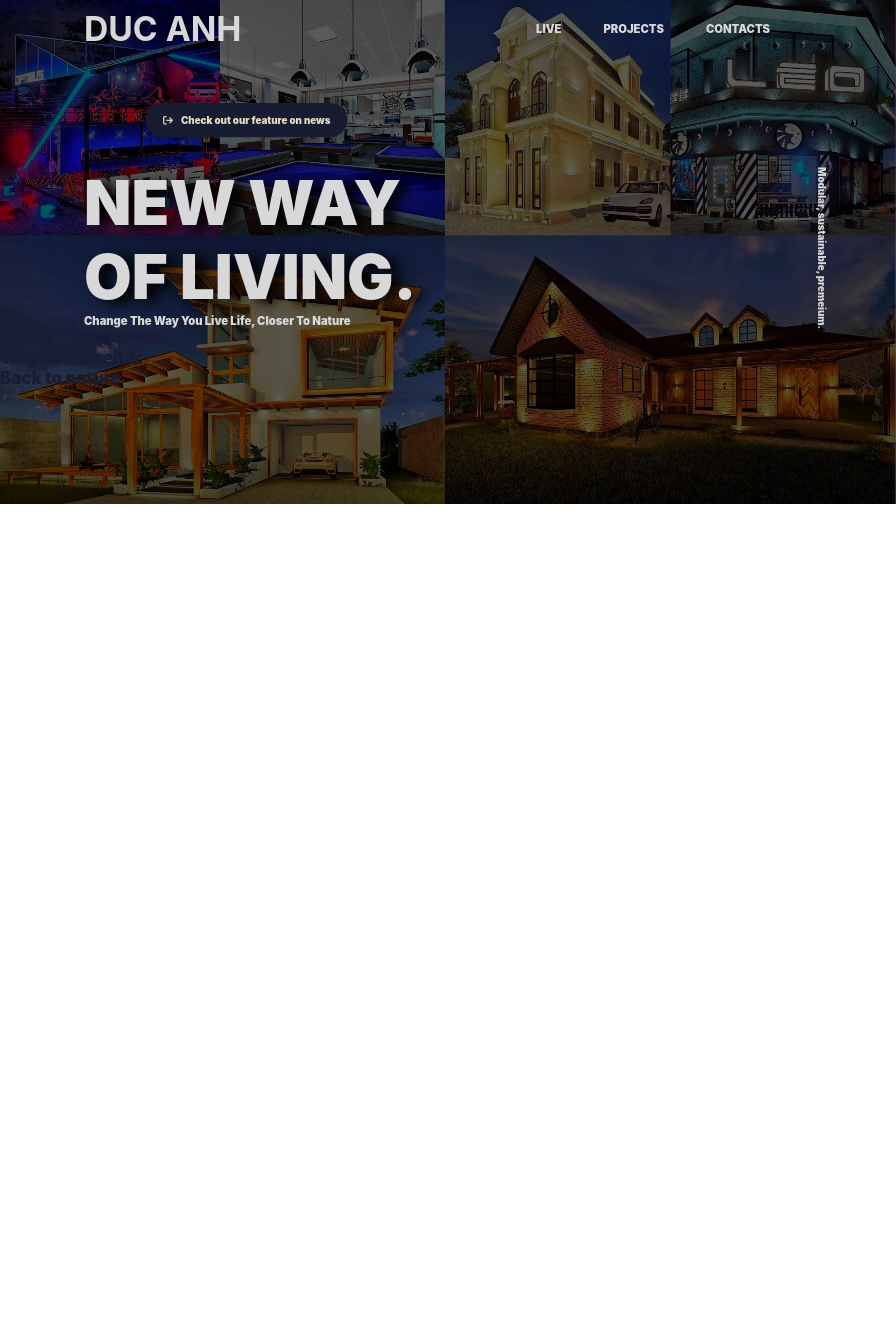
Repository: Ethanxcode/DucAnhNguyen
Page: index.html
These files come from the project's save history. The page is drawn as it stood at one moment and after the next save; the edit follows.
The browser window is 1280 px wide. The pictures show the part of the page from y = 0 to 1920 px (the page is 10000 px tall), at 70% of full size.

Above is the page before, as saved 2023-01-14 01:22:53.

After the next save:
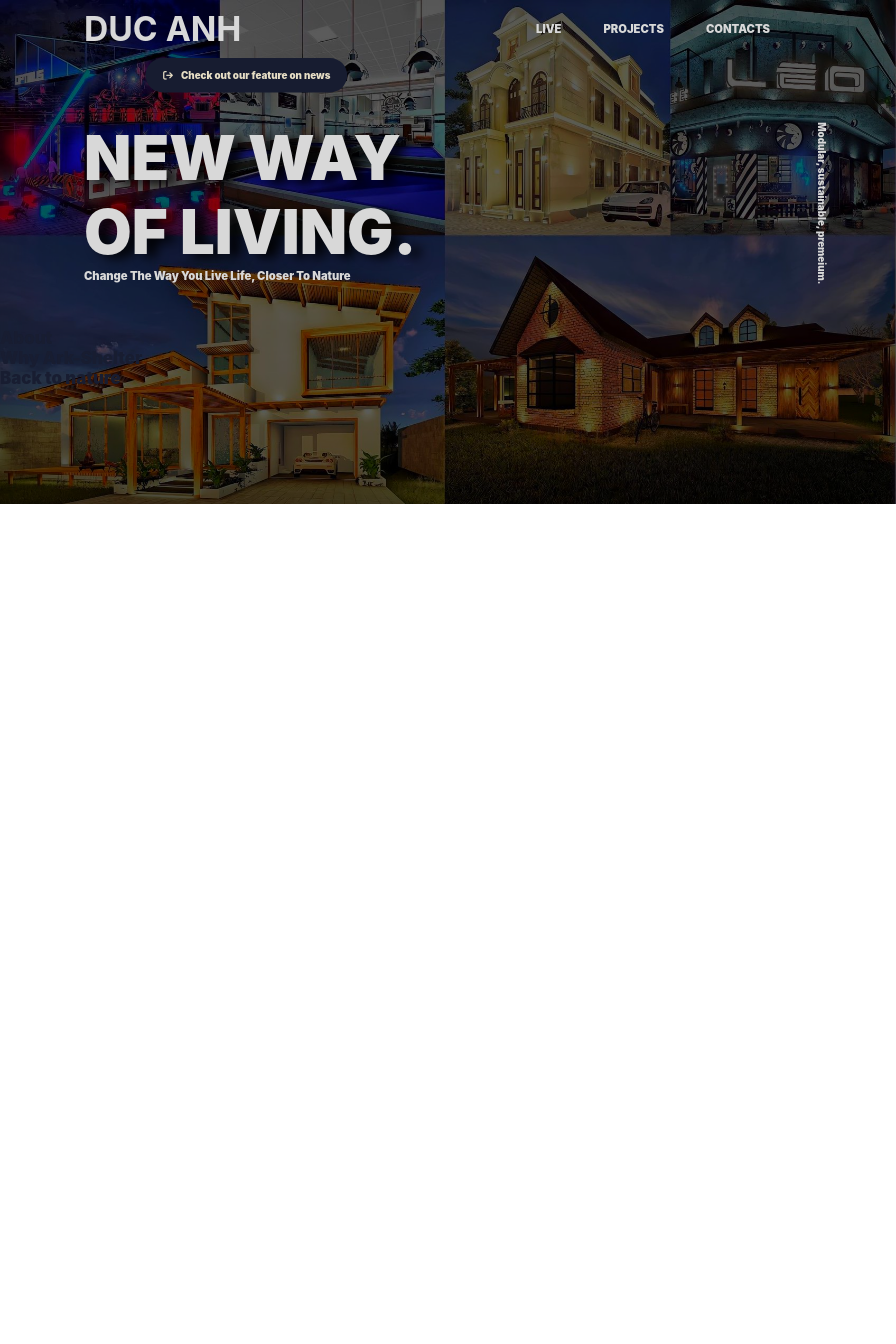
Saved 4 s later.
--- a/index.html
+++ b/index.html
@@ -40,20 +40,25 @@
 							</ul>
 						</li>
 					</ul>
-				</nav>
-				<nav class="heroSubNavigation">
-					<button class="btn inter-black-almod-16px" style="margin-left: 88px">
-						<i class="icon-margin-8px fa-solid fa-arrow-right-from-bracket"></i>
-						Check out our feature on news
-					</button>
-					<h1 class="heroTitle">
-						New way <br />
-						of living.
-					</h1>
-					<p class="inter-black-iron-16px" style="text-transform: capitalize">
-						change the way you live life, closer to nature
-					</p>
-					<p class="childrenSubNav">Modular, sustainable, premeium.</p>
+					<nav class="heroSubNavigation">
+						<button
+							class="btn inter-black-almod-16px"
+							style="margin-left: 88px"
+						>
+							<i
+								class="icon-margin-8px fa-solid fa-arrow-right-from-bracket"
+							></i>
+							Check out our feature on news
+						</button>
+						<h1 class="heroTitle">
+							New way <br />
+							of living.
+						</h1>
+						<p class="inter-black-iron-16px" style="text-transform: capitalize">
+							change the way you live life, closer to nature
+						</p>
+						<p class="childrenSubNav">Modular, sustainable, premeium.</p>
+					</nav>
 				</nav>
 			</section>
 

After the save that followed:
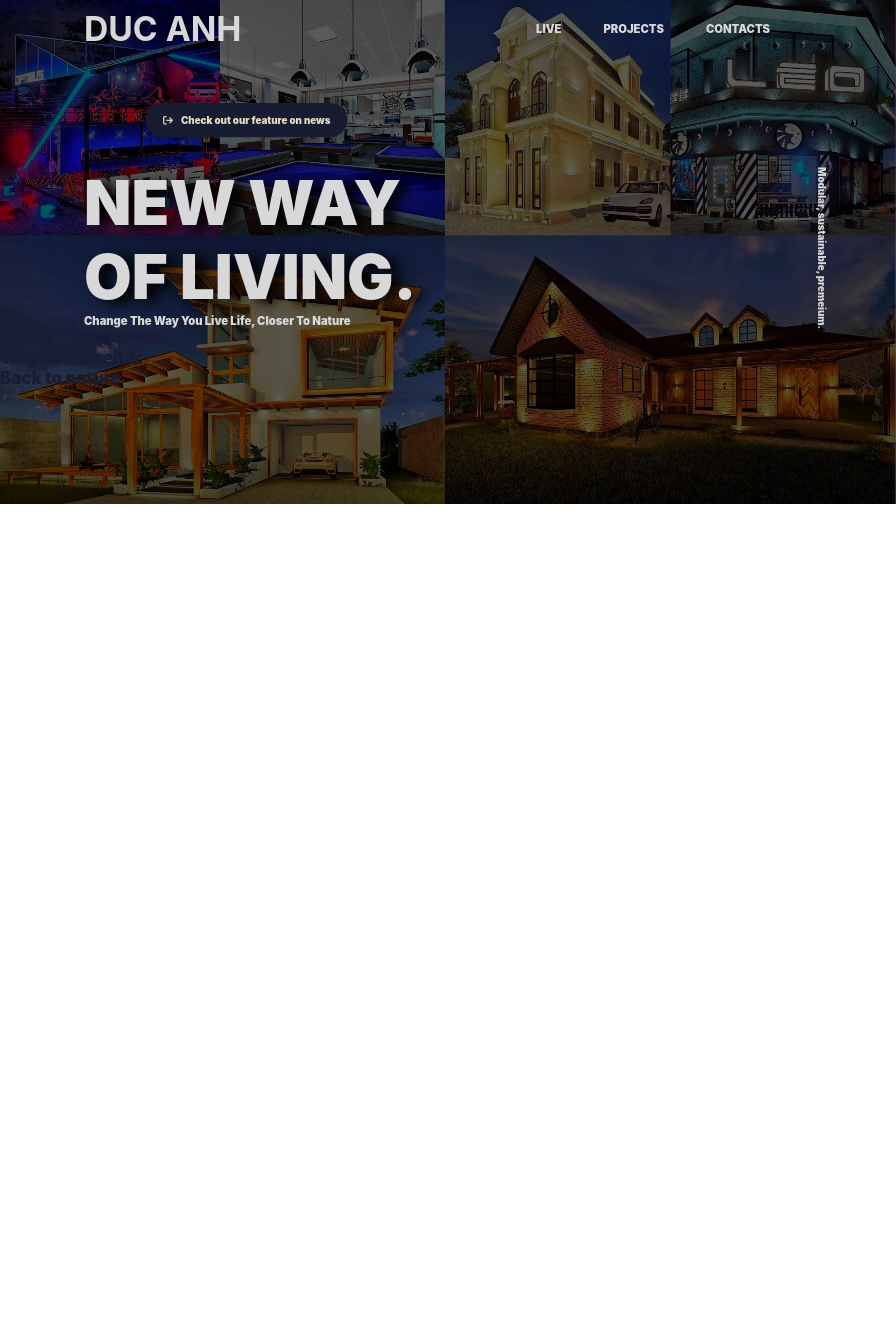
Saved 5 s later.
--- a/index.html
+++ b/index.html
@@ -40,25 +40,20 @@
 							</ul>
 						</li>
 					</ul>
-					<nav class="heroSubNavigation">
-						<button
-							class="btn inter-black-almod-16px"
-							style="margin-left: 88px"
-						>
-							<i
-								class="icon-margin-8px fa-solid fa-arrow-right-from-bracket"
-							></i>
-							Check out our feature on news
-						</button>
-						<h1 class="heroTitle">
-							New way <br />
-							of living.
-						</h1>
-						<p class="inter-black-iron-16px" style="text-transform: capitalize">
-							change the way you live life, closer to nature
-						</p>
-						<p class="childrenSubNav">Modular, sustainable, premeium.</p>
-					</nav>
+				</nav>
+				<nav class="heroSubNavigation">
+					<button class="btn inter-black-almod-16px" style="margin-left: 88px">
+						<i class="icon-margin-8px fa-solid fa-arrow-right-from-bracket"></i>
+						Check out our feature on news
+					</button>
+					<h1 class="heroTitle">
+						New way <br />
+						of living.
+					</h1>
+					<p class="inter-black-iron-16px" style="text-transform: capitalize">
+						change the way you live life, closer to nature
+					</p>
+					<p class="childrenSubNav">Modular, sustainable, premeium.</p>
 				</nav>
 			</section>
 
